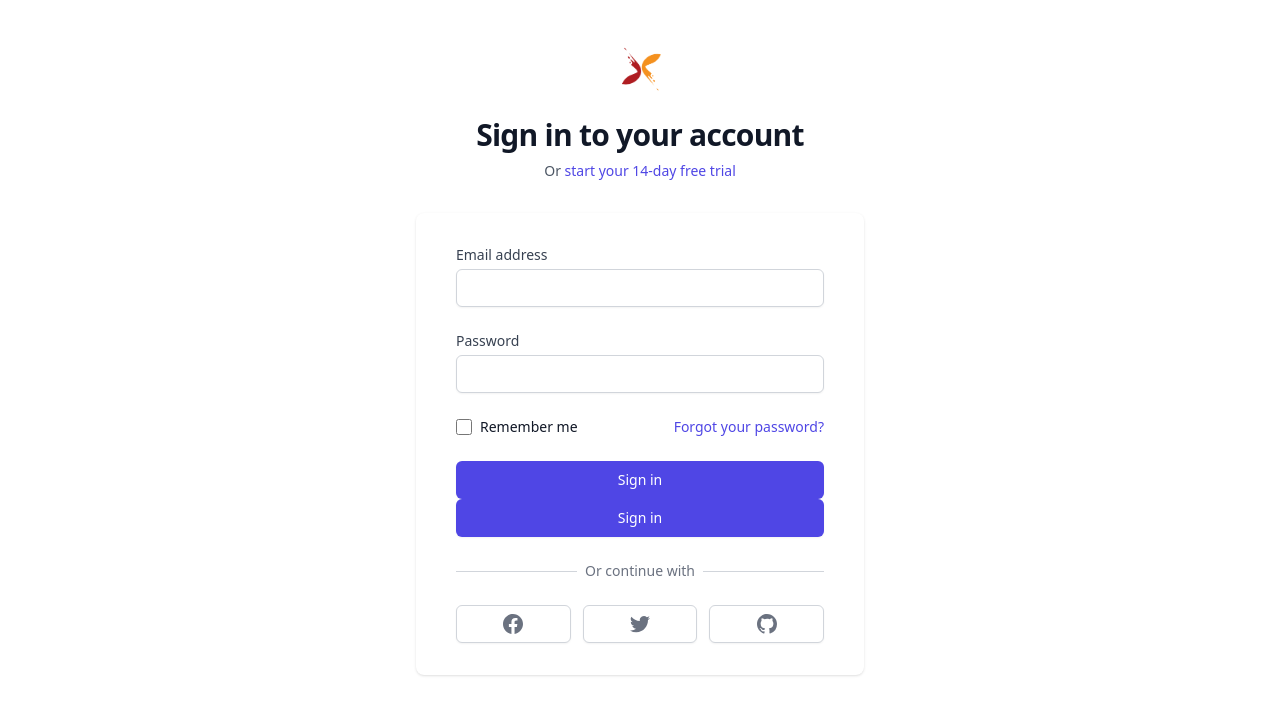
Repository: VinceBrun/medical-web3-app
Page: /login
An editor plug-in stored every save of this project. The page is shown before and after the next save, followed by the edit.
The browser window is 1280 px wide. The pictures show the whole page.
The project was rebuilt for these pictures with package versions that can differ from the ones it lists, and the page was loaded fresh each time. The framework's server and built-in components were replaced by stand-ins that run in the browser. Also part of the build but not shown: next.config.js.

Above is the page before, as saved 2023-01-16 18:50:12.

### pages/login.jsx
import React from 'react'

export default function login() {
  return (
    <>

      <div className="flex h-screen flex-col justify-center py-12 sm:px-6 lg:px-8">
        <div className="sm:mx-auto sm:w-full sm:max-w-md">
          <img
            className="mx-auto h-12 w-auto"
            src="/images/curiositylogo.png"
            alt="Your Company"
          />
          <h2 className="mt-6 text-center text-3xl font-bold tracking-tight text-gray-900">Sign in to your account</h2>
          <p className="mt-2 text-center text-sm text-gray-600">
            Or{' '}
            <a href="#" className="font-medium text-indigo-600 hover:text-indigo-500">
              start your 14-day free trial
            </a>
          </p>
        </div>

        <div className="mt-8 sm:mx-auto sm:w-full sm:max-w-md">
          <div className="bg-white py-8 px-4 shadow sm:rounded-lg sm:px-10">
            <form className="space-y-6" action="#" method="POST">
              <div>
                <label htmlFor="email" className="block text-sm font-medium text-gray-700">
                  Email address
                </label>
                <div className="mt-1">
                  <input
                    id="email"
                    name="email"
                    type="email"
                    autoComplete="email"
                    required
                    className="block w-full appearance-none rounded-md border border-gray-300 px-3 py-2 placeholder-gray-400 shadow-sm focus:border-indigo-500 focus:outline-none focus:ring-indigo-500 sm:text-sm"
                  />
                </div>
              </div>

              <div>
                <label htmlFor="password" className="block text-sm font-medium text-gray-700">
                  Password
                </label>
                <div className="mt-1">
                  <input
                    id="password"
                    name="password"
                    type="password"
                    autoComplete="current-password"
                    required
                    className="block w-full appearance-none rounded-md border border-gray-300 px-3 py-2 placeholder-gray-400 shadow-sm focus:border-indigo-500 focus:outline-none focus:ring-indigo-500 sm:text-sm"
                  />
                </div>
              </div>

              <div className="flex items-center justify-between">
                <div className="flex items-center">
                  <input
                    id="remember-me"
                    name="remember-me"
                    type="checkbox"
                    className="h-4 w-4 rounded border-gray-300 text-indigo-600 focus:ring-indigo-500"
                  />
                  <label htmlFor="remember-me" className="ml-2 block text-sm text-gray-900">
                    Remember me
                  </label>
                </div>

                <div className="text-sm">
                  <a href="#" className="font-medium text-indigo-600 hover:text-indigo-500">
                    Forgot your password?
                  </a>
                </div>
              </div>

              <div>
                <button
                  type="submit"
                  className="flex w-full justify-center rounded-md border border-transparent bg-indigo-600 py-2 px-4 text-sm font-medium text-white shadow-sm hover:bg-indigo-700 focus:outline-none focus:ring-2 focus:ring-indigo-500 focus:ring-offset-2"
                >
                  Sign in
                </button>
                <button
                  type="submit"
                  className="flex w-full justify-center rounded-md border border-transparent bg-indigo-600 py-2 px-4 text-sm font-medium text-white shadow-sm hover:bg-indigo-700 focus:outline-none focus:ring-2 focus:ring-indigo-500 focus:ring-offset-2"
                >
                  Sign in
                </button>
              </div>
            </form>

            <div className="mt-6">
              <div className="relative">
                <div className="absolute inset-0 flex items-center">
                  <div className="w-full border-t border-gray-300" />
                </div>
                <div className="relative flex justify-center text-sm">
                  <span className="bg-white px-2 text-gray-500">Or continue with</span>
                </div>
              </div>

              <div className="mt-6 grid grid-cols-3 gap-3">
                <div>
                  <a
                    href="#"
                    className="inline-flex w-full justify-center rounded-md border border-gray-300 bg-white py-2 px-4 text-sm font-medium text-gray-500 shadow-sm hover:bg-gray-50"
                  >
                    <span className="sr-only">Sign in with Facebook</span>
                    <svg className="h-5 w-5" aria-hidden="true" fill="currentColor" viewBox="0 0 20 20">
                      <path
                        fillRule="evenodd"
                        d="M20 10c0-5.523-4.477-10-10-10S0 4.477 0 10c0 4.991 3.657 9.128 8.438 9.878v-6.987h-2.54V10h2.54V7.797c0-2.506 1.492-3.89 3.777-3.89 1.094 0 2.238.195 2.238.195v2.46h-1.26c-1.243 0-1.63.771-1.63 1.562V10h2.773l-.443 2.89h-2.33v6.988C16.343 19.128 20 14.991 20 10z"
                        clipRule="evenodd"
                      />
                    </svg>
                  </a>
                </div>

                <div>
                  <a
                    href="#"
                    className="inline-flex w-full justify-center rounded-md border border-gray-300 bg-white py-2 px-4 text-sm font-medium text-gray-500 shadow-sm hover:bg-gray-50"
                  >
                    <span className="sr-only">Sign in with Twitter</span>
                    <svg className="h-5 w-5" aria-hidden="true" fill="currentColor" viewBox="0 0 20 20">
                      <path d="M6.29 18.251c7.547 0 11.675-6.253 11.675-11.675 0-.178 0-.355-.012-.53A8.348 8.348 0 0020 3.92a8.19 8.19 0 01-2.357.646 4.118 4.118 0 001.804-2.27 8.224 8.224 0 01-2.605.996 4.107 4.107 0 00-6.993 3.743 11.65 11.65 0 01-8.457-4.287 4.106 4.106 0 001.27 5.477A4.073 4.073 0 01.8 7.713v.052a4.105 4.105 0 003.292 4.022 4.095 4.095 0 01-1.853.07 4.108 4.108 0 003.834 2.85A8.233 8.233 0 010 16.407a11.616 11.616 0 006.29 1.84" />
                    </svg>
                  </a>
                </div>

                <div>
                  <a
                    href="#"
                    className="inline-flex w-full justify-center rounded-md border border-gray-300 bg-white py-2 px-4 text-sm font-medium text-gray-500 shadow-sm hover:bg-gray-50"
                  >
                    <span className="sr-only">Sign in with GitHub</span>
                    <svg className="h-5 w-5" aria-hidden="true" fill="currentColor" viewBox="0 0 20 20">
                      <path
                        fillRule="evenodd"
                        d="M10 0C4.477 0 0 4.484 0 10.017c0 4.425 2.865 8.18 6.839 9.504.5.092.682-.217.682-.483 0-.237-.008-.868-.013-1.703-2.782.605-3.369-1.343-3.369-1.343-.454-1.158-1.11-1.466-1.11-1.466-.908-.62.069-.608.069-.608 1.003.07 1.531 1.032 1.531 1.032.892 1.53 2.341 1.088 2.91.832.092-.647.35-1.088.636-1.338-2.22-.253-4.555-1.113-4.555-4.951 0-1.093.39-1.988 1.029-2.688-.103-.253-.446-1.272.098-2.65 0 0 .84-.27 2.75 1.026A9.564 9.564 0 0110 4.844c.85.004 1.705.115 2.504.337 1.909-1.296 2.747-1.027 2.747-1.027.546 1.379.203 2.398.1 2.651.64.7 1.028 1.595 1.028 2.688 0 3.848-2.339 4.695-4.566 4.942.359.31.678.921.678 1.856 0 1.338-.012 2.419-.012 2.747 0 .268.18.58.688.482A10.019 10.019 0 0020 10.017C20 4.484 15.522 0 10 0z"
                        clipRule="evenodd"
                      />
                    </svg>
                  </a>
                </div>
              </div>
            </div>
          </div>
        </div>
      </div>
    </>
  )
}

### styles/globals.css
@tailwind base;
@tailwind components;
@tailwind utilities;

/* :root {
  --max-width: 1100px;
  --border-radius: 12px;
  --font-mono: ui-monospace, Menlo, Monaco, "Cascadia Mono", "Segoe UI Mono",
    "Roboto Mono", "Oxygen Mono", "Ubuntu Monospace", "Source Code Pro",
    "Fira Mono", "Droid Sans Mono", "Courier New", monospace;

  --foreground-rgb: 0, 0, 0;
  --background-start-rgb: 214, 219, 220;
  --background-end-rgb: 255, 255, 255;

  --primary-glow: conic-gradient(
    from 180deg at 50% 50%,
    #16abff33 0deg,
    #0885ff33 55deg,
    #54d6ff33 120deg,
    #0071ff33 160deg,
    transparent 360deg
  );
  --secondary-glow: radial-gradient(
    rgba(255, 255, 255, 1),
    rgba(255, 255, 255, 0)
  );

  --tile-start-rgb: 239, 245, 249;
  --tile-end-rgb: 228, 232, 233;
  --tile-border: conic-gradient(
    #00000080,
    #00000040,
    #00000030,
    #00000020,
    #00000010,
    #00000010,
    #00000080
  );

  --callout-rgb: 238, 240, 241;
  --callout-border-rgb: 172, 175, 176;
  --card-rgb: 180, 185, 188;
  --card-border-rgb: 131, 134, 135;
}

@media (prefers-color-scheme: dark) {
  :root {
    --foreground-rgb: 255, 255, 255;
    --background-start-rgb: 0, 0, 0;
    --background-end-rgb: 0, 0, 0;

    --primary-glow: radial-gradient(rgba(1, 65, 255, 0.4), rgba(1, 65, 255, 0));
    --secondary-glow: linear-gradient(
      to bottom right,
      rgba(1, 65, 255, 0),
      rgba(1, 65, 255, 0),
      rgba(1, 65, 255, 0.3)
    );

    --tile-start-rgb: 2, 13, 46;
    --tile-end-rgb: 2, 5, 19;
    --tile-border: conic-gradient(
      #ffffff80,
      #ffffff40,
      #ffffff30,
      #ffffff20,
      #ffffff10,
      #ffffff10,
      #ffffff80
    );

    --callout-rgb: 20, 20, 20;
    --callout-border-rgb: 108, 108, 108;
    --card-rgb: 100, 100, 100;
    --card-border-rgb: 200, 200, 200;
  }
}

* {
  box-sizing: border-box;
  padding: 0;
  margin: 0;
}

html,
body {
  max-width: 100vw;
  overflow-x: hidden;
}

body {
  color: rgb(var(--foreground-rgb));
  background: linear-gradient(
      to bottom,
      transparent,
      rgb(var(--background-end-rgb))
    )
    rgb(var(--background-start-rgb));
}

a {
  color: inherit;
  text-decoration: none;
}

@media (prefers-color-scheme: dark) {
  html {
    color-scheme: dark;
  }
} */

Loaded but not shown: pages/_app.js (common file); pages/_document.js (common file); tailwind.config.js (common file)

After the next save:
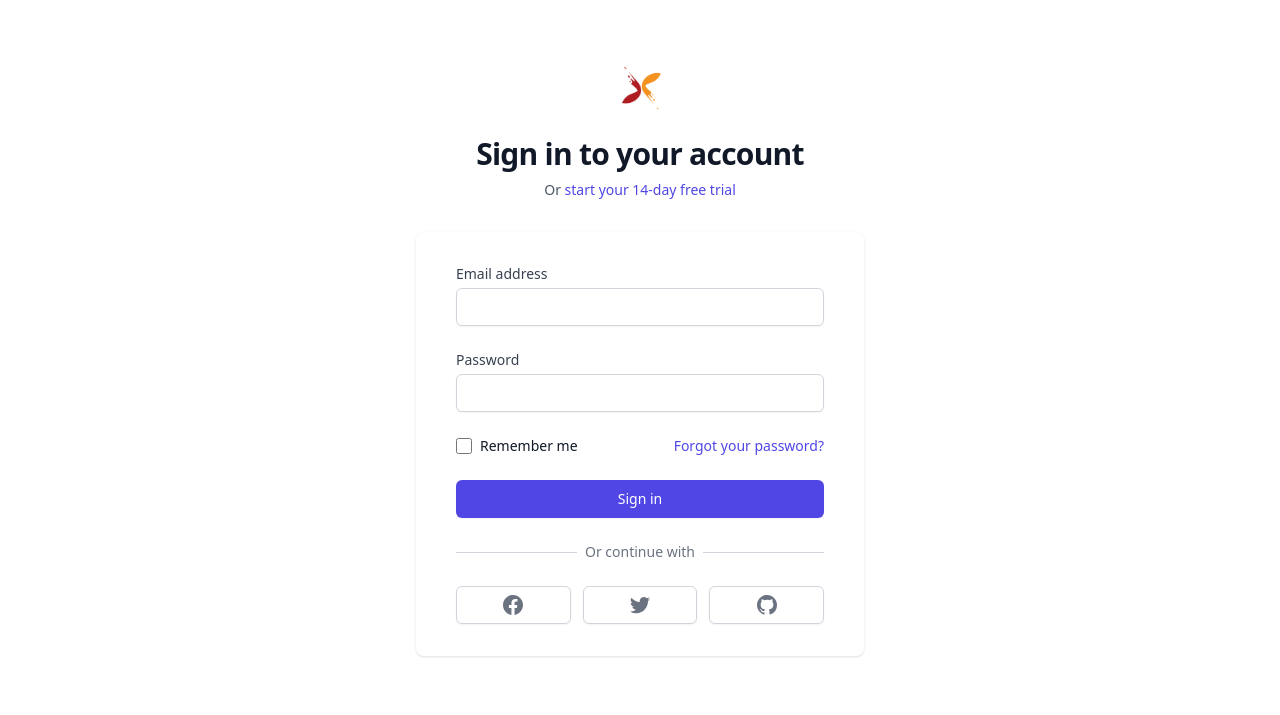
Saved 7 s later.
--- a/pages/login.jsx
+++ b/pages/login.jsx
@@ -82,12 +82,6 @@ export default function login() {
                 >
                   Sign in
                 </button>
-                <button
-                  type="submit"
-                  className="flex w-full justify-center rounded-md border border-transparent bg-indigo-600 py-2 px-4 text-sm font-medium text-white shadow-sm hover:bg-indigo-700 focus:outline-none focus:ring-2 focus:ring-indigo-500 focus:ring-offset-2"
-                >
-                  Sign in
-                </button>
               </div>
             </form>
 
